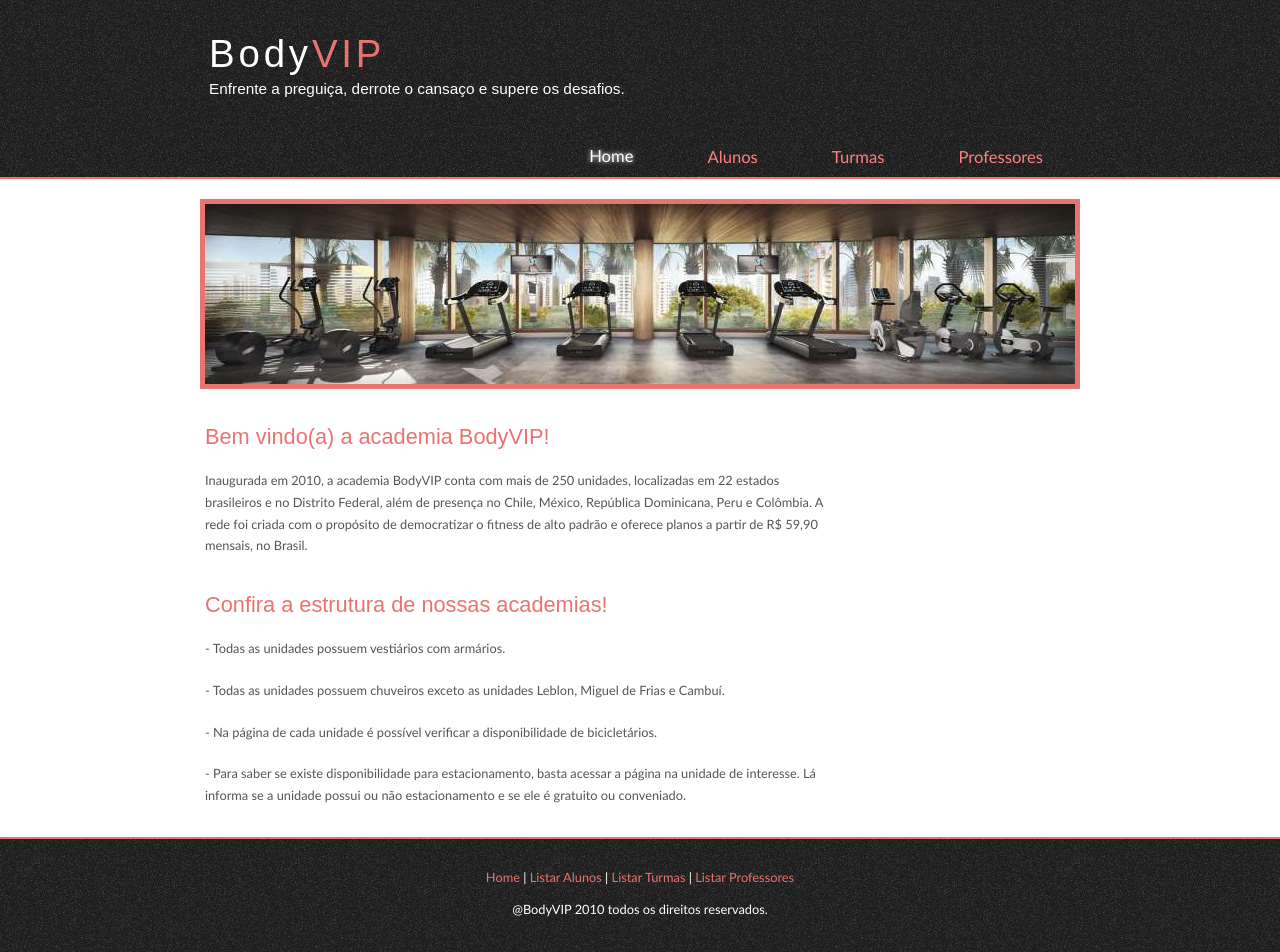
Repository: Thais-Ferreira/Projeto_bodyVIP
Page: http://localhost/BodyVIP/home.jsp
These files come from the project's save history. The page is drawn as it stood at one moment and after the next save; the edit follows.
The browser window is 1280 px wide. The pictures show the whole page.
The page is served by Tomcat 9.

Above is the page before, as saved 2017-06-21 19:40:37.

After the next save:
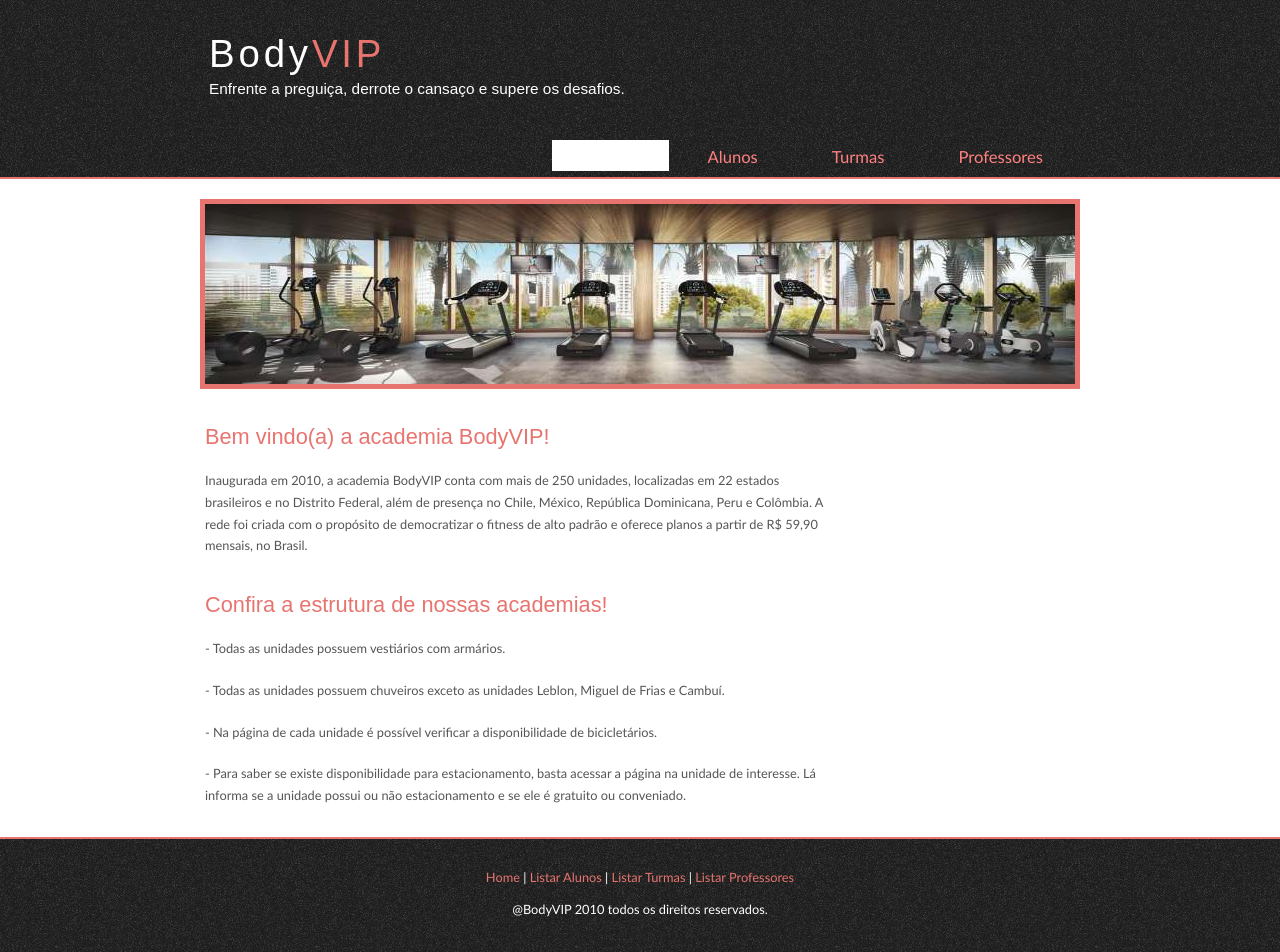
Saved 67 s later.
--- a/BodyVIP/WebContent/css/style.css
+++ b/BodyVIP/WebContent/css/style.css
@@ -392,12 +392,12 @@ width:150px;
 .menu li.selected a
 { height: 20px;
   padding: 6px 35px 5px 28px;
-  color: #FFF}
+  color: #FFF;}
 
 .menu li.selected
 { margin: 0px 2px 0 0;
-
-   text-shadow:0px 0px 5px #fff}
+   background:  #FFF;
+   text-shadow:0px 0px 5px #fff;}
 
 ul#menu li.selected a, ul#menu li.selected a:hover
 { background: #E7746F;
